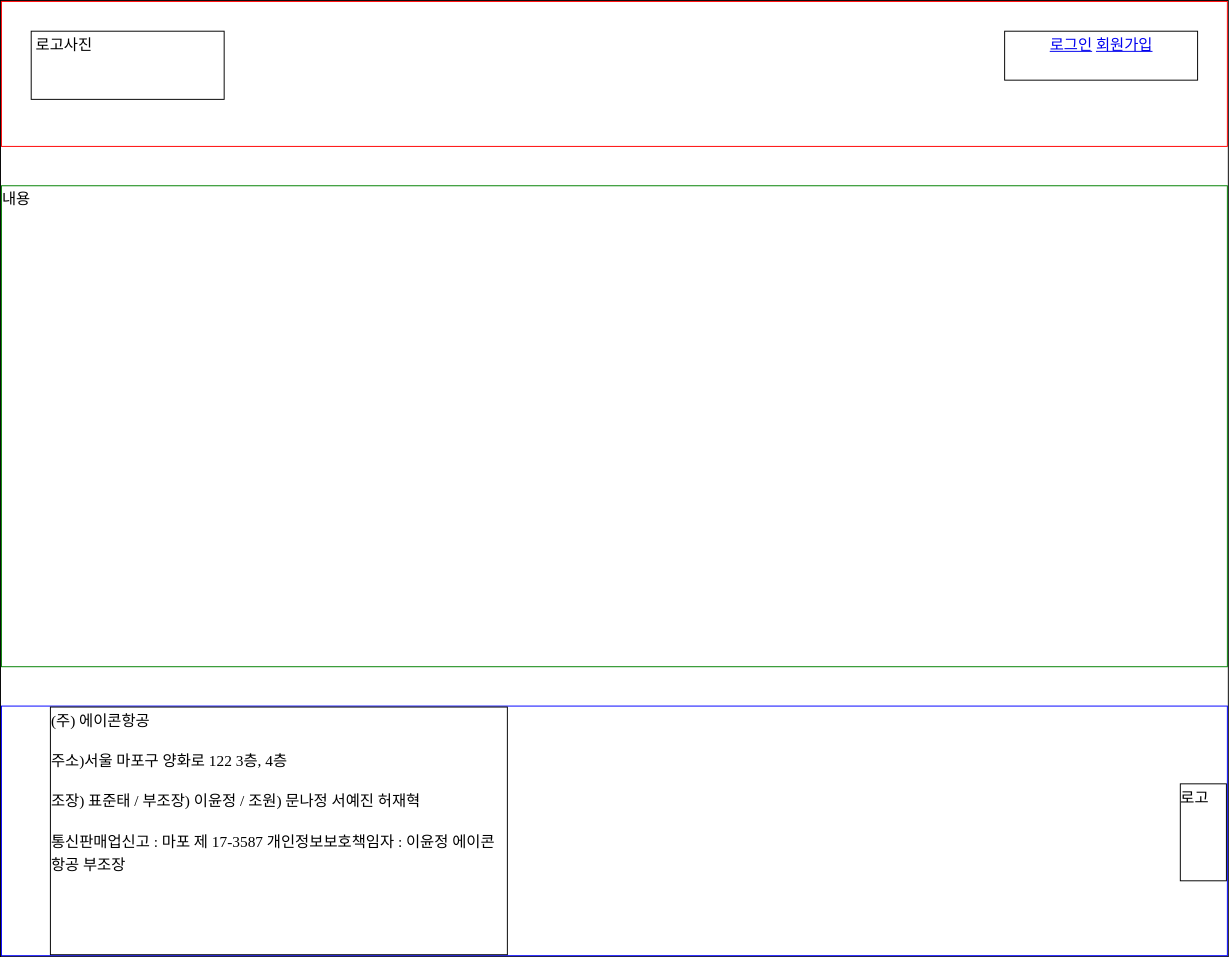
Repository: juntae710/Acorn_AirlineReservation_Project
Page: http://localhost/prj3_1/WEB-INF/views/h_index.jsp
An editor plug-in stored every save of this project. The page is shown before and after the next save, followed by the edit.
The browser window is 1280 px wide. The pictures show the whole page, at 96% of full size.
The page is served by Tomcat 9. Nobody is signed in. The template is opened directly, without the code that normally fills it, so the values that code supplies are empty.

Above is the page before, as saved 2023-09-20 01:18:52.

After the next save:
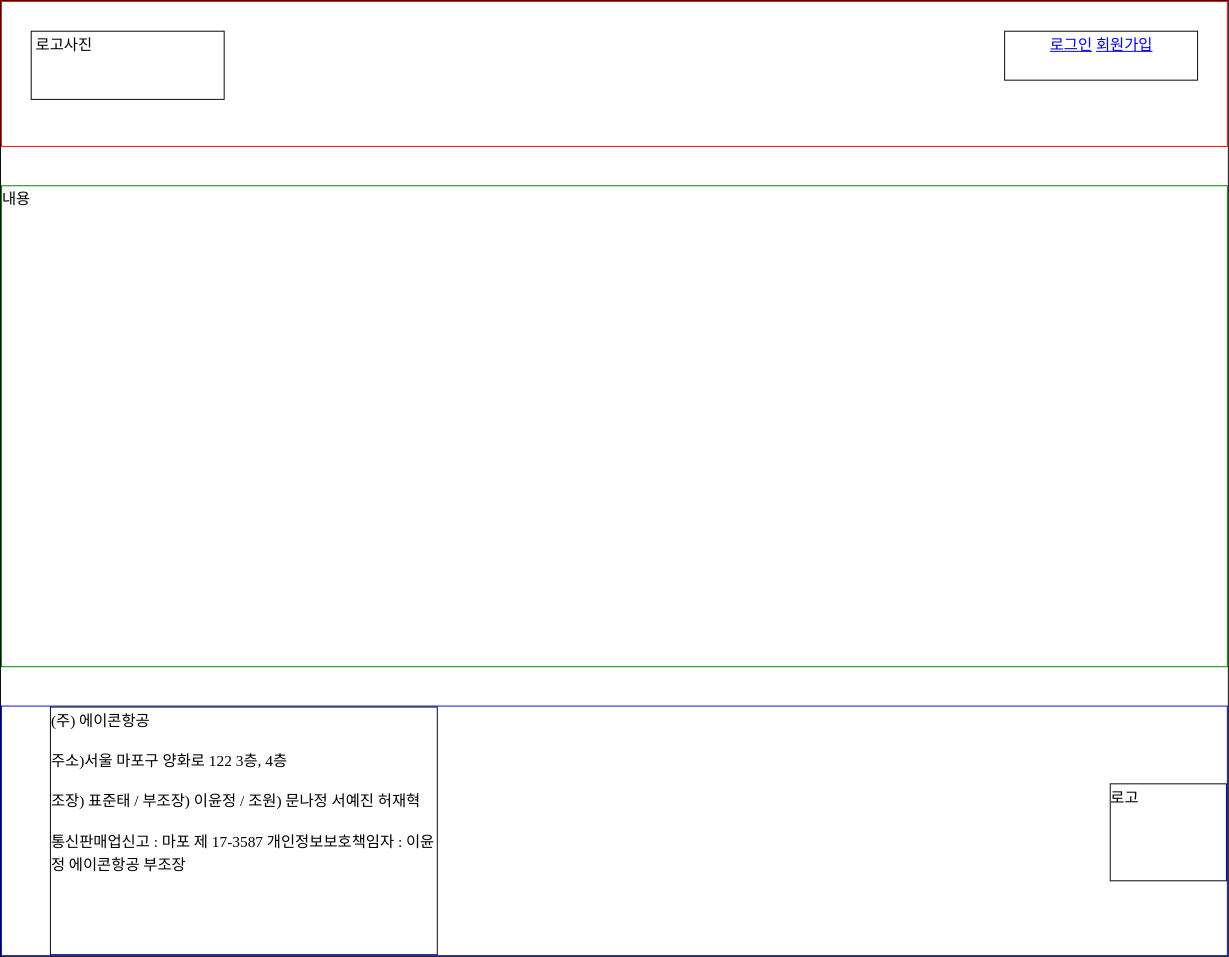
Saved 9 s later.
--- a/Eclipse/prj3_1/src/main/webapp/WEB-INF/views/h_index.jsp
+++ b/Eclipse/prj3_1/src/main/webapp/WEB-INF/views/h_index.jsp
@@ -63,7 +63,7 @@ width: 1000px;
 }
 .footer_img{
 border: 1px solid black;
-width: 100px;
+width: 300px;
 height: 100px;
 margin-left: 700px;
 margin-top: 80px;
